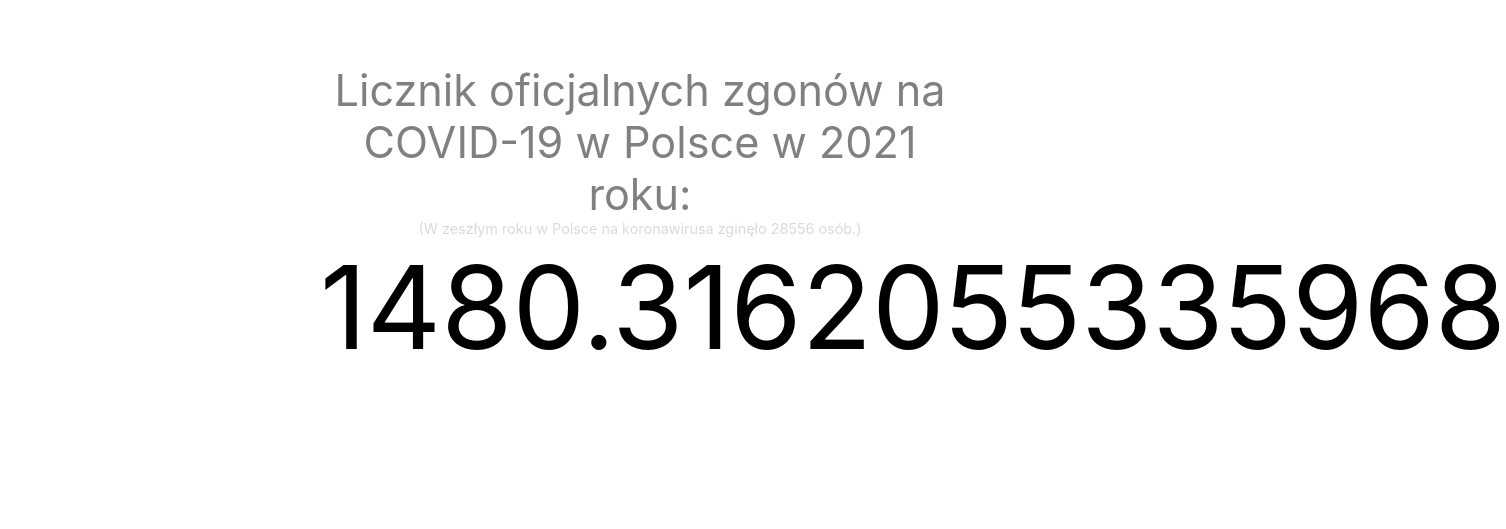
Repository: michalgornicki/poland-covid
Page: /
An editor plug-in stored every save of this project. The page is shown before and after the next save, followed by the edit.
The browser window is 1280 px wide. The page is 1506 px wide, so the pictures cover 1506 px, including what lies to the right of the window. The pictures show the whole page.
The project was rebuilt for these pictures with package versions that can differ from the ones it lists, and the page was loaded fresh each time.

Above is the page before, as saved 2021-12-04 19:16:58.

After the next save:
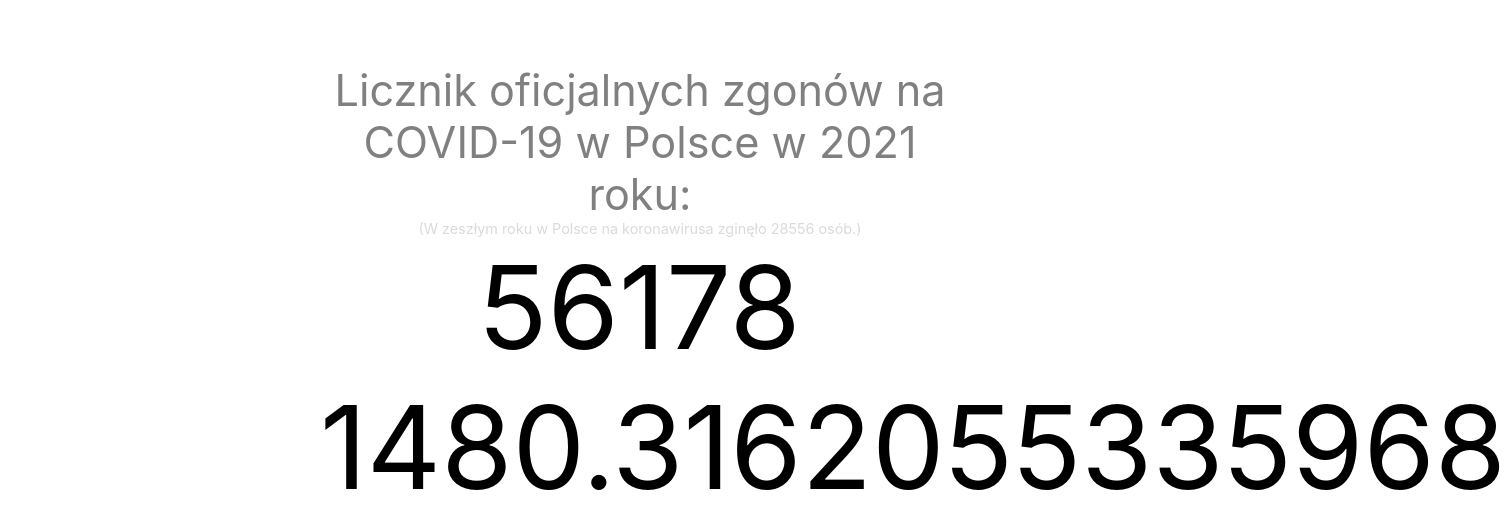
Saved 4 s later.
--- a/src/App.jsx
+++ b/src/App.jsx
@@ -16,7 +16,7 @@ function App() {
     let deaths = Math.round(thisYearSeconds*0.00192110763);
     document.getElementsByClassName('counter')[0].innerHTML =  deaths;
     let deathsPerMillion = deaths/37.95;
-    document.getElementsByClassName('counter')[0].innerHTML =  deathsPerMillion;
+    document.getElementsByClassName('counter')[1].innerHTML =  deathsPerMillion;
 
 
     setTimeout(startTime, 1000);
